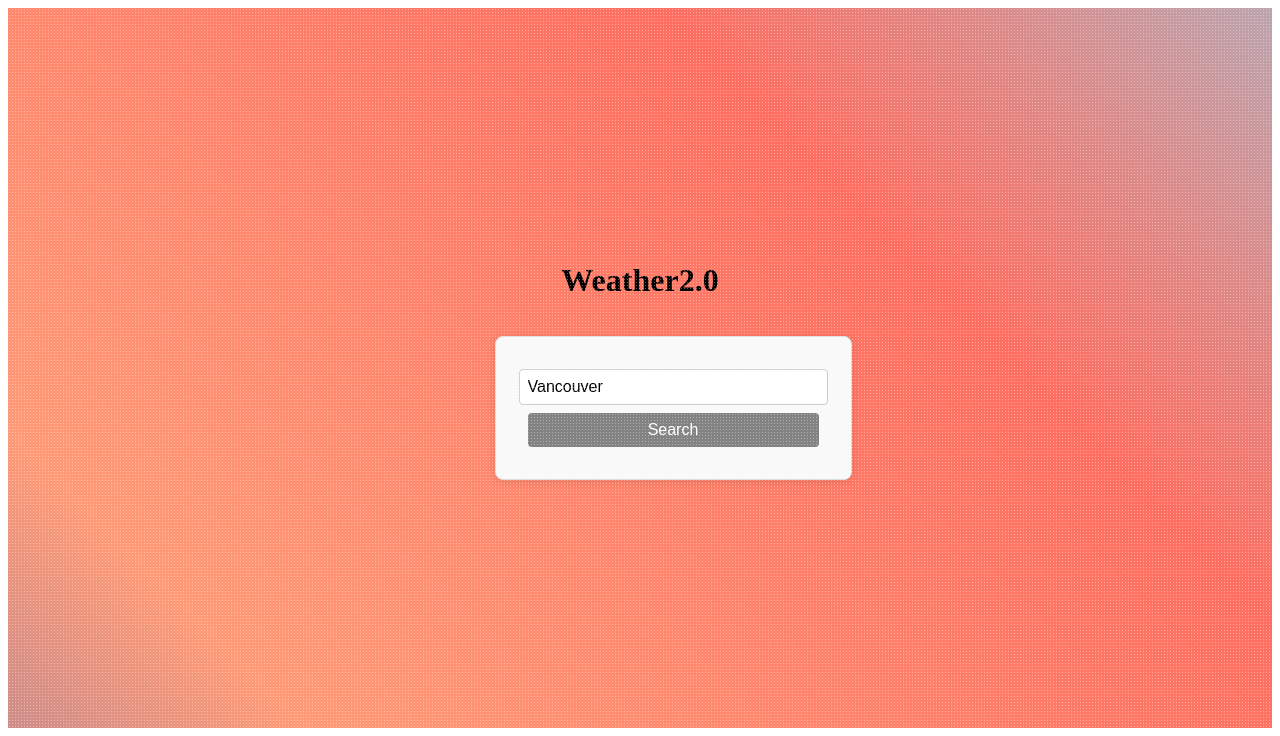
Repository: schwendyjr/COMP3170-Project
Page: /
These files come from the project's save history. The page is drawn as it stood at one moment and after the next save; the edit follows.
The browser window is 1280 px wide. The pictures show the whole page.
The page's requests for data from a server got no answer. The project was rebuilt for these pictures with package versions that can differ from the ones it lists, and the page was loaded fresh each time. The framework's server and built-in components were replaced by stand-ins that run in the browser. No one was signed in, and anything a server would have sent is missing. Also part of the build but not shown: utils/formatDate.js, components/WeatherCardItem.js, components/Forecast.js.

Above is the page before, as saved 2024-12-03 20:42:05.

### pages/_app.js
import '../styles/Home.module.css';


function MyApp({ Component, pageProps }) {
  return <Component {...pageProps} />;
}

export default MyApp;

### pages/index.js
import WeatherApp from '../components/WeatherApp';
import styles from '../styles/Home.module.css';

const Home = () => {
    return (
        <div className={styles.container}>
            <h1>Weather2.0</h1>
            <WeatherApp />
        </div>
    );
};

export default Home;

### styles/Home.module.css
/* styles/Home.module.css */
.container {
  display: flex;
  flex-direction: column;
  min-height: 100vh;
  align-items: center;
  justify-content: center;
/* animation component */
background: linear-gradient(45deg,
#151a1f, #4a69bd, /* Early morning */
#ff9a76, #ff6f61, /* Sunrise */
#87ceeb, #fdfd96, /* Noon */
#ffa500, #ffd700, /* Afternoon */
#ff4500, #800080, /* Sunset */
#000428, #1b2735 /* Evening/Night */
);
background-size: 600% 600%;
animation: GradientBackground 120s ease infinite;
animation: GradientBackground 500s ease infinite, GradientAngle 560s linear infinite;
overflow: hidden;
position: relative;
}

.container:after {
content: '';
position: absolute;
top: 0;
left: 0;
width: 100%;
height: 100%;
background: radial-gradient(#ffffff88 .5px, transparent .5px);
background-size: 3px 3px;
opacity: 0.6;
animation: Twinkle 2s infinite ease-in-out alternate;
pointer-events: none;
}

/* keyframe for animation */
@keyframes GradientBackground {
0% { background-position: 0% 50%; }
50% { background-position: 100% 50%; }
100% { background-position: 0% 50%; }
}

@keyframes Twinkle {
0% { opacity: 0.4; }
50% { opacity: 0.6; }
100% { opacity: 0.8; }
}

  .heading {
    margin-bottom: 2rem;
  }

  .button {
    margin: 1rem;
    padding: 0.5rem 1rem;
    background-color: #0070f3;
    color: white;
    border: none;
    border-radius: 5px;
    cursor: pointer;
  }

  .button:hover {
    background-color: #005bb5;
  }

  .list {
    list-style: none;
    padding: 0;
  }

  .item {
    background: #f8d7da;
    margin: 1rem 0;
    padding: 1rem;
    border-radius: 5px;
  }

  @media (max-width: 768px) {
    .container {
      padding: 1rem;
    }
  }


/* card css */

.weatherCard {
  display: flex;
  flex-direction: column;
  justify-content: space-between;
  align-items: center;
  padding: 1rem;
  margin: 1rem;
  border: 1px solid #ddd;
  border-radius: 8px;
  box-shadow: 0 2px 5px rgba(0, 0, 0, 0.1);
  background-color: #ffffffab;
  text-align: center;
  max-width: 200px;
}

.weatherCard img {
  max-width: 100px;
  height: auto;
}

.weatherCard h3 {
  font-size: 1.2rem;
  margin-bottom: 0.5rem;
}

.weatherCard p {
  margin: 0.5rem 0;
  font-size: 0.9rem;
}

/* form css */

.searchForm {
  display: flex;
  gap: 0.5rem;
  margin: 1rem 0;
  align-items: center;
  justify-content: center;

  flex-direction: column; /* Stack input and button */
  padding: 2rem;
  width: 100%;
  max-width: 400px; /* Limit form width */
  border: 1px solid #ddd;
  border-radius: 8px;
  box-shadow: 0 2px 10px rgba(0, 0, 0, 0.1);
  background-color: #f9f9f9;
}

.searchForm input {
  width: 100%; /* Make input fill available space */
  padding: 0.5rem;
  font-size: 1rem;
  border: 1px solid #ccc;
  border-radius: 4px;
}

.searchForm button {
  width: 100%; /* Make button fill available space */
  padding: 0.5rem;
  font-size: 1rem;
  background-color: #838383;
  color: white;
  border: none;
  border-radius: 4px;
  cursor: pointer;
  transition: background-color 0.3s ease;
}

.searchForm button:hover {
  background-color: #005bb5;
}

### components/WeatherApp.js
import { useState, useEffect } from 'react';
import axios from 'axios';
import WeatherSearch from './WeatherSearch';
import Forecast from './Forecast';

const WeatherApp = () => {
    const [city, setCity] = useState('Vancouver');
    const [forecastData, setForecastData] = useState(null);
    const [error, setError] = useState('');

    const fetchWeatherData = async (cityName) => {
        try {
            const response = await axios.get(`https://api.weatherapi.com/v1/forecast.json?key=${process.env.NEXT_PUBLIC_WEATHER_API_KEY}&q=${cityName}&days=5`);
            setForecastData(response.data);
            setError('');
        } catch (error) {
            setError('City not found');
        }
    };

    const fetchWeatherDataByCoords = async (latitude, longitude) => {
        try {
            const response = await axios.get(`https://api.weatherapi.com/v1/forecast.json?key=${process.env.NEXT_PUBLIC_WEATHER_API_KEY}&q=${latitude},${longitude}&days=5`);
            setForecastData(response.data);
            setCity(response.data.location.name);
            setError('');
        } catch (error) {
            setError('Location not found');
        }
    };

    useEffect(() => {
        if (navigator.geolocation) {
            navigator.geolocation.getCurrentPosition((position) => {
                fetchWeatherDataByCoords(position.coords.latitude, position.coords.longitude);
            }, () => {
                // Fallback to default city (Vancouver) if geolocation fails
                fetchWeatherData('Vancouver');
            });
        } else {
            // Fallback to default city (Vancouver) if geolocation is not supported
            fetchWeatherData('Vancouver');
        }
    }, []);

    return (
        <div>
            <WeatherSearch city={city} setCity={setCity} fetchWeatherData={fetchWeatherData} />
            {error && <p>{error}</p>}
            {forecastData && <Forecast forecastData={forecastData} />}
        </div>
    );
};

export default WeatherApp;

### components/WeatherSearch.js
import styles from '../styles/Home.module.css';
const WeatherSearch = ({ city, setCity, fetchWeatherData }) => {
  const handleInputChange = (e) => {
      setCity(e.target.value);
  };

  const handleSearch = (e) => {
      e.preventDefault();
      fetchWeatherData(city);
  };

  return (
      <form onSubmit={handleSearch} className={styles.searchForm}>
          <input type="text" value={city} onChange={handleInputChange} placeholder="Enter city" />
          <button type="submit">Search</button>
      </form>
  );
};

export default WeatherSearch;

Loaded but not shown: pages/_document.js (common file)

After the next save:
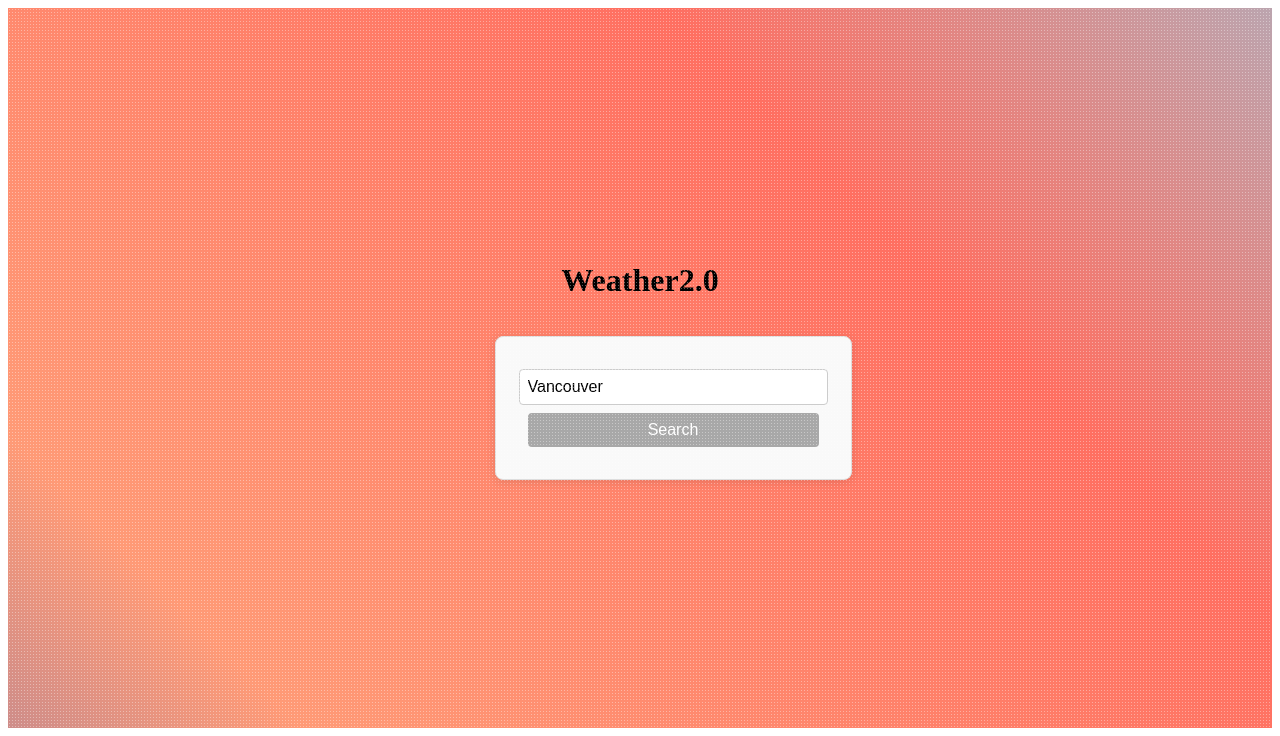
Saved 9 s later.
--- a/styles/Home.module.css
+++ b/styles/Home.module.css
@@ -148,7 +148,7 @@ pointer-events: none;
   width: 100%; /* Make button fill available space */
   padding: 0.5rem;
   font-size: 1rem;
-  background-color: #838383;
+  background-color: #a8a8a8;
   color: white;
   border: none;
   border-radius: 4px;
